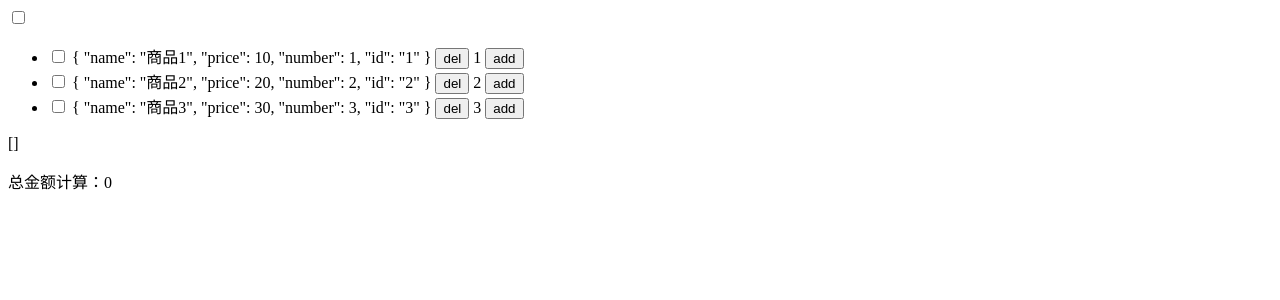
Repository: xiemin2161/mytest
Page: 02-表单绑定-购物车.html
These files come from the project's save history. The page is drawn as it stood at one moment and after the next save; the edit follows.
The browser window is 1280 px wide. The pictures show the whole page.

Above is the page before, as saved 2023-02-01 11:09:38.

### 02-表单绑定-购物车.html
<!DOCTYPE html>
<html>
  <head>
    <meta charset="utf-8" />
    <meta http-equiv="X-UA-Compatible" content="IE=edge,chrome=1" />
    <title>Examples</title>
    <meta name="description" content="" />
    <meta name="keywords" content="" />
    <link href="" rel="stylesheet" />

    <script type="text/javascript" src="lib/vue.js"></script>
  </head>
  <body>
    <div id="box">
      <input type="checkbox" @change="handleChange" v-model="isAllChecked" />
      <ul>
        <li v-for="data in datalist">
          <input
            type="checkbox"
            v-model="checkgroup"
            :value="data"
            @change="handleLiChange"
          />
          {{data}}
          <button>del</button>
          {{data.number}}
          <button>add</button>
        </li>
      </ul>
      {{checkgroup}}
      <p>总金额计算：{{ getSum() }}</p>
    </div>

    <script type="text/javascript">
      let vm = new Vue({
        el: "#box",
        data: {
          checkgroup: [],
          isAllChecked: false,
          datalist: [
            {
              name: "商品1",
              price: 10,
              number: 1,
              id: "1",
            },
            {
              name: "商品2",
              price: 20,
              number: 2,
              id: "2",
            },
            {
              name: "商品3",
              price: 30,
              number: 3,
              id: "3",
            },
          ],
        },
        methods: {
          getSum() {
            //函数计算中的状态改变后，函数会自动执行一遍
            let sum = 0;
            for (let i in this.checkgroup) {
              sum += this.checkgroup[i].number * this.checkgroup[i].price;
            }
            return sum;
          },
          handleChange() {
            console.log("改变了", this.isAllChecked);
            if (this.isAllChecked) {
              this.checkgroup = this.datalist;
            } else {
              this.checkgroup = [];
            }
          },
          handleLiChange() {
            console.log("handleLiChange-判断是不是都勾选");
            if (this.checkgroup.length === this.datalist.length) {
              //所有都勾选了
              this.isAllChecked = true;
            } else {
              this.isAllChecked = false;
            }
          },
        },
      });

      /*
         [
             {
                   name:"商品1",
                   price:10,
                   number:1,
                   id:"1",
             },
                 {
                   name:"商品2",
                   price:20,
                   number:2,
                   id:"2",
                 },
                 {
                   name:"商品3",
                   price:30,
                   number:3,
                   id:"3",
                 }
               ]

       */
    </script>
  </body>
</html>

Loaded but not shown: lib/vue.js (library)

After the next save:
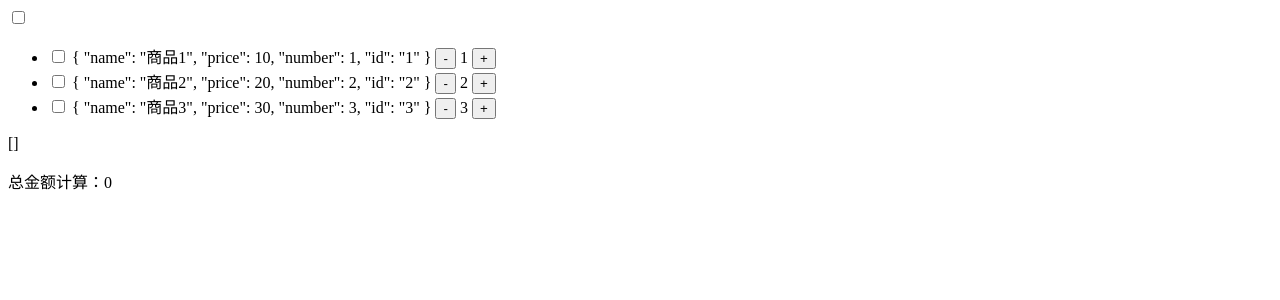
Saved 12 s later.
--- a/02-表单绑定-购物车.html
+++ b/02-表单绑定-购物车.html
@@ -22,9 +22,9 @@
             @change="handleLiChange"
           />
           {{data}}
-          <button>del</button>
+          <button>-</button>
           {{data.number}}
-          <button>add</button>
+          <button>+</button>
         </li>
       </ul>
       {{checkgroup}}
